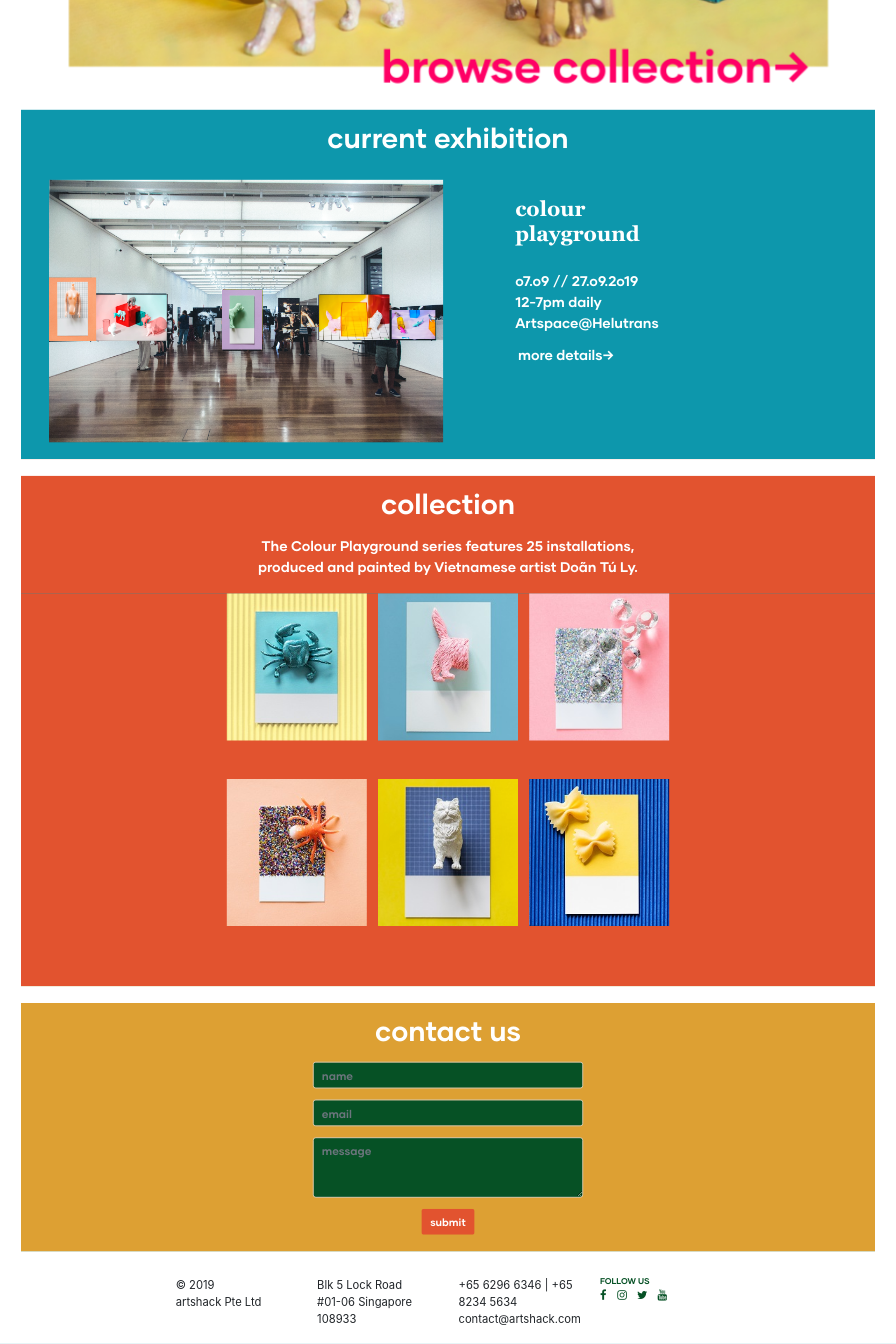
Repository: lynette-lyf/artshack
Page: index.html
The author's editor kept a record of every edit. The page is drawn from the files as they stood at one moment, then again after the next edit.
The browser window is 1280 px wide. The pictures show the part of the page from y = 907 to 2827 px (the page is 2827 px tall before and 2790 px after), at 70% of full size.

Above is the page before.

After the next edit:
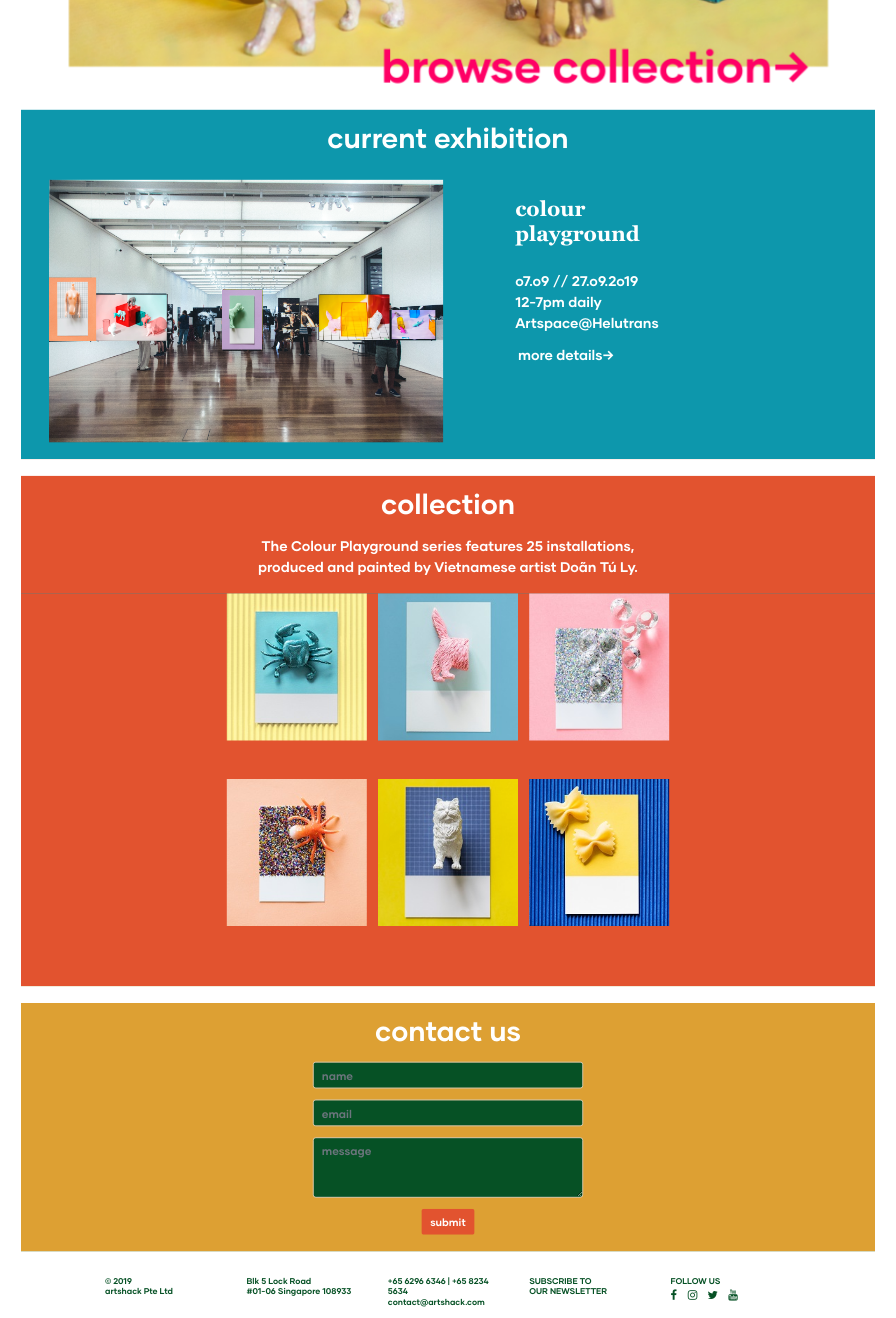
The edit:
--- a/index.html
+++ b/index.html
@@ -515,17 +515,22 @@
   <div class="box">&nbsp;</div>
             <div class="row justify-content-center pt-1 mx-1 mt-2 mb-2">
               <div class="column col-xl-2 col-lg-2 col-md-3 col-sm-10">
-<p class="copyright">© 2019<br>artshack Pte Ltd</p>
+<h3 class="copyright">© 2019<br>artshack Pte Ltd</h3>
 </div>
 <div class="column col-xl-2 col-lg-3 col-md-3 col-sm-10">
-<p class="address">Blk 5 Lock Road<br> #01-06 Singapore 108933</p>
-</div>
+<h3 class="address">Blk 5 Lock Road<br> #01-06 Singapore 108933</h3>
+</div>
+
 <div class="column col-xl-2 col-lg-3 col-md-3 col-sm-10 ">
-<p class="contactinfo">+65 6296 6346  |  +65 8234 5634<br>contact@artshack.com</p>
+<h3 class="contactinfo">+65 6296 6346  |  +65 8234 5634<br><a href="mailto:contact@artshack.com">contact@artshack.com</a></h3>
+</div>
+
+<div class="column col-xl-2 col-lg-2 col-md-0 col-sm-0">
+<h3 class="newsletter"><a data-toggle="modal" data-target="#modalSubscriptionForm">SUBSCRIBE TO<br>OUR NEWSLETTER</h3></a>
 </div>
 
 <div class="column col-xl-2 col-lg-2 col-md-3 col-sm-10 " id="socials">
-<h3 class="socials" style="font-size: 12px;padding: 0px; margin: 0px;">FOLLOW US</h3>
+<h3 class="socials" style="padding: 0px; margin: 0px;">FOLLOW US</h3>
   <a style="margin-left:0px;" href="https://www.facebook.com"><i class="fa fa-facebook"></i></a>
   <a style="margin:5px" href="https://www.instagram.com"><i class="fa fa-instagram"></i></a>
   <a style="margin:5px" href="https://www.twitter.com"><i class="fa fa-twitter"></i></a>
